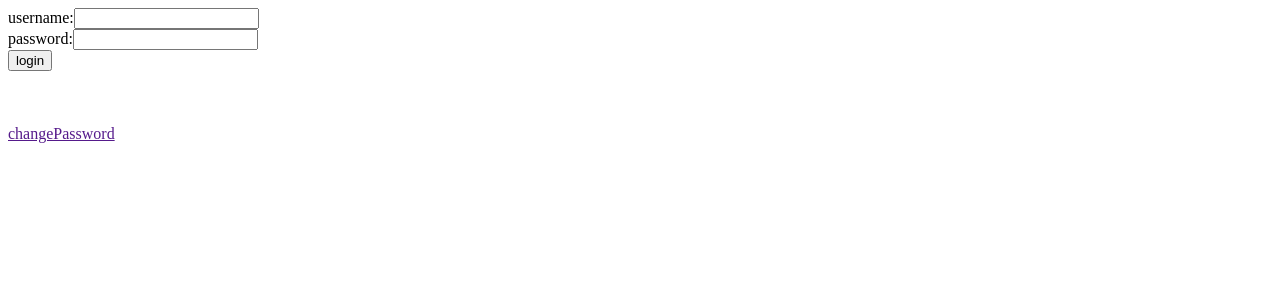
Repository: jha6435/phase4project
Page: Kitchenstory/src/main/webapp/admin.html
The author's editor kept a copy of each file at every save. The page is drawn from the files as they stood at one save, then again after the next save.
The browser window is 1280 px wide. The pictures show the whole page.

Above is the page before, as saved 2023-05-07 17:50:17.

### Kitchenstory/src/main/webapp/admin.html
<html lang="en">
<head>
    <meta charset="UTF-8">
    <meta http-equiv="X-UA-Compatible" content="IE=edge">
    <meta name="viewport" content="width=device-width, initial-scale=1.0">
    <title>Document</title>
</head>
<body>
  <form action="" method="post">
  username:<input type="text" name="uname"><br>
  password:<input type="text" name="pword"><br>
  <input type="submit" value="login"><br>
  <br>
  <br>
  <br>
  <a href="">changePassword</a>
  </form>
</body>
</html>

After the next save:
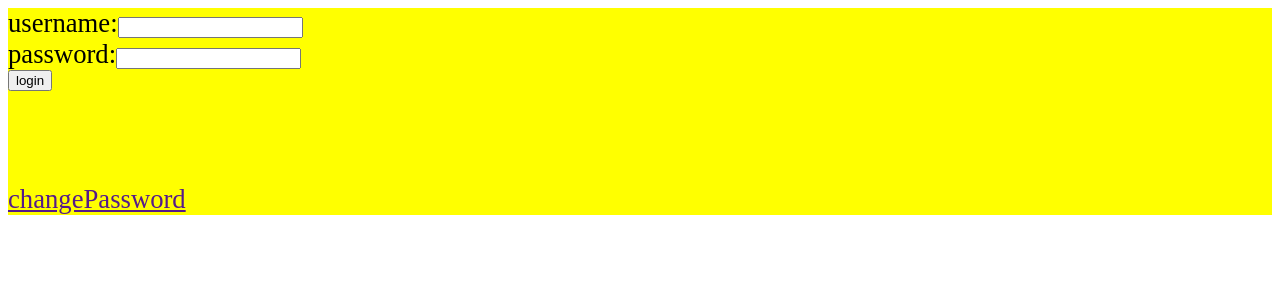
Saved 10 h 27 min later.
--- a/Kitchenstory/src/main/webapp/admin.html
+++ b/Kitchenstory/src/main/webapp/admin.html
@@ -4,6 +4,12 @@
     <meta http-equiv="X-UA-Compatible" content="IE=edge">
     <meta name="viewport" content="width=device-width, initial-scale=1.0">
     <title>Document</title>
+    <style>
+    form{
+    background:yellow;
+    font-size:20pt;
+    }
+    </style>
 </head>
 <body>
   <form action="" method="post">
